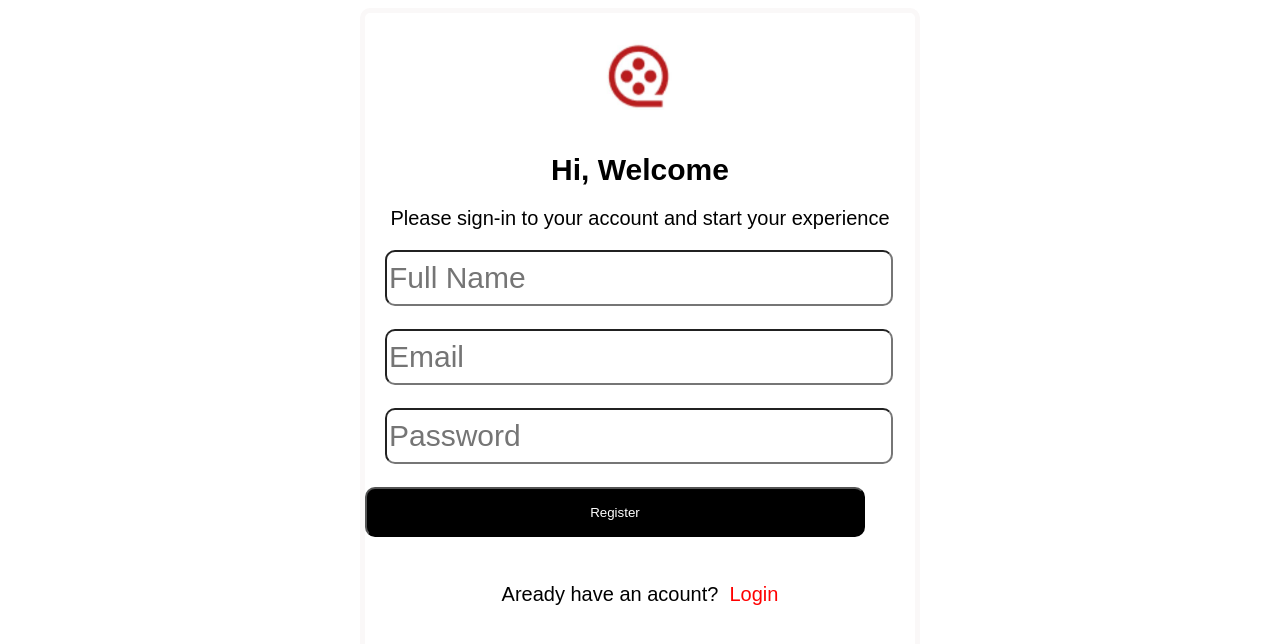
Repository: KingBoyMaylow/movie-task
Page: index.html
An editor plug-in stored every save of this project. The page is shown before and after the next save, followed by the edit.
The browser window is 1280 px wide. The pictures show the whole page.

Above is the page before, as saved 2024-05-20 14:30:05.

After the next save:
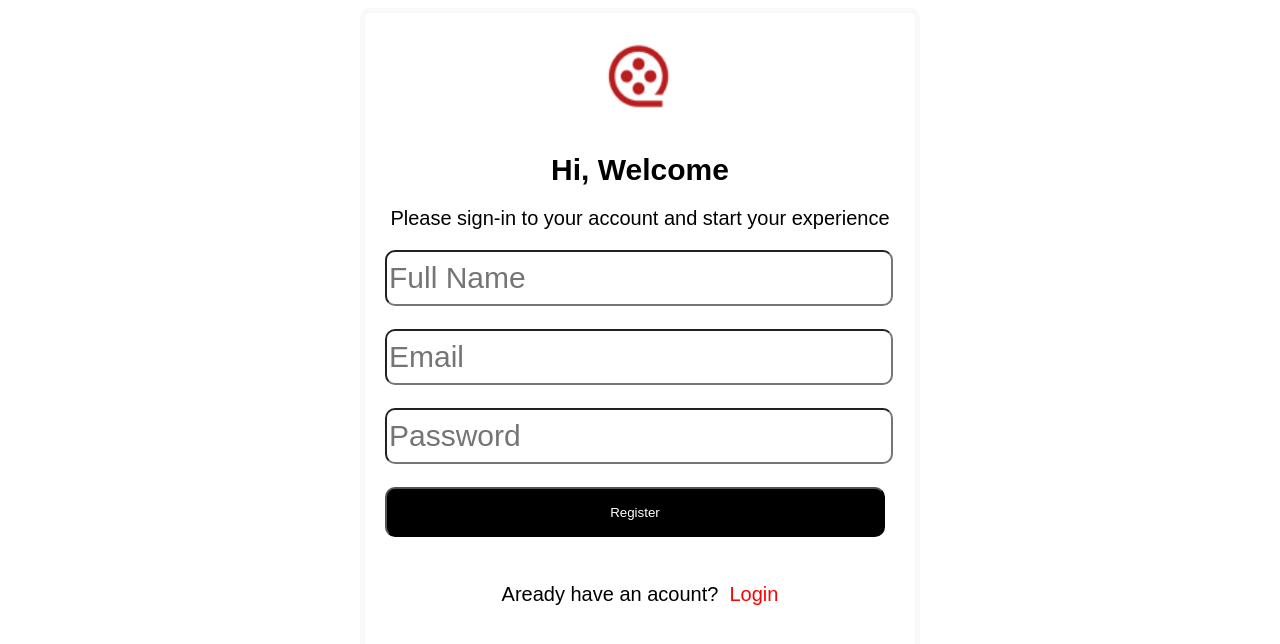
Saved 5 s later.
--- a/script.css
+++ b/script.css
@@ -46,7 +46,7 @@ img{
     color: white;
     height: 50px;
     border-radius: 10px;
-    margin-left: ;
+    margin-left: 20px;
 }
 
 span a {
